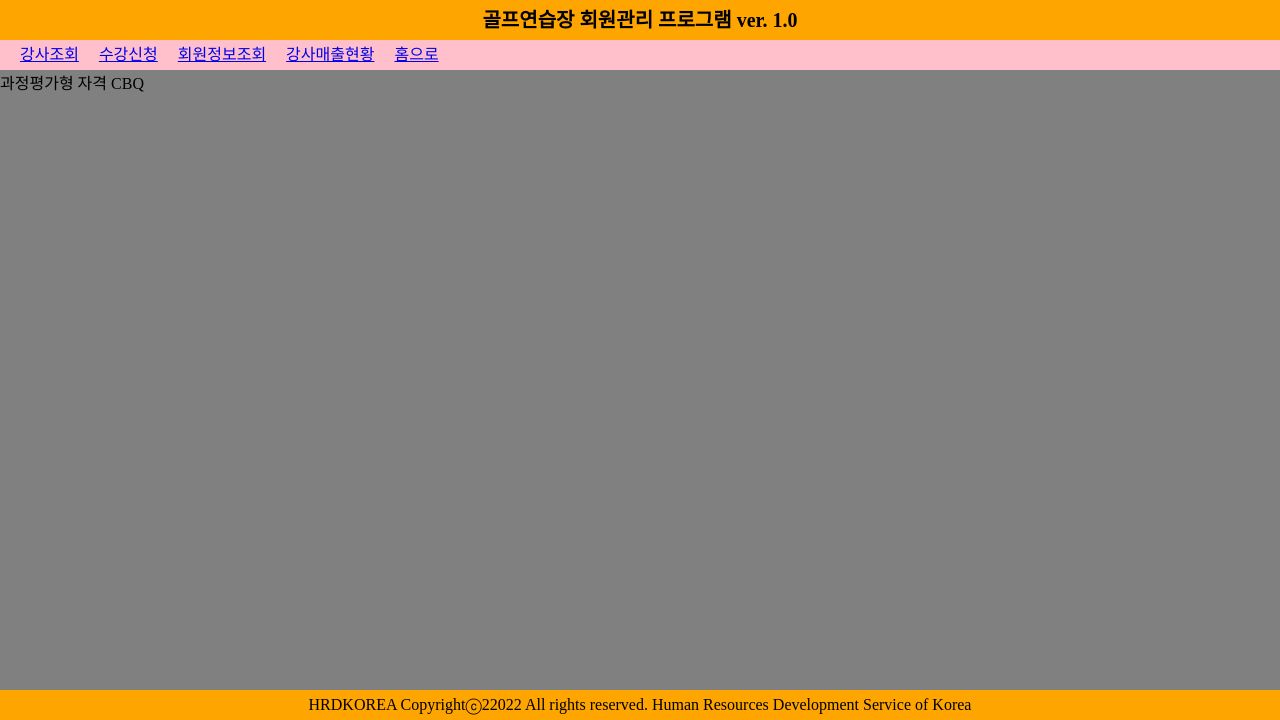
Repository: leesuyeon116/HRD_3
Page: http://localhost/HRD_0505/
An editor plug-in stored every save of this project. The page is shown before and after the next save, followed by the edit.
The browser window is 1280 px wide. The pictures show the whole page.
The page is served by Tomcat 9.

Above is the page before, as saved 2024-05-05 08:31:11.

### workspace/HRD_0505/src/main/webapp/index.jsp
<%@ page language="java" contentType="text/html; charset=UTF-8"
    pageEncoding="UTF-8"%>
<!DOCTYPE html>
<html>
<head>
<meta charset="UTF-8">
<title>index</title>
</head>
<body>
<jsp:include page="header.jsp"></jsp:include>
<section style="position: fixed; top: 70px; left: 0px; width: 100%; height: 100%; background-color: gray">
과정평가형 자격 CBQ
</section>

<jsp:include page="footer.jsp"></jsp:include>
</body>
</html>

### workspace/HRD_0505/src/main/webapp/header.jsp
<%@ page language="java" contentType="text/html; charset=UTF-8"
    pageEncoding="UTF-8"%>
<!DOCTYPE html>
<html>
<head>
<meta charset="UTF-8">
<title>header</title>
</head>
<body>
<header style="position: fixed; top: 0px; left: 0px; width: 100%; height: 40px; line-height: 40px; background-color: orange;
	text-align: center; font-size: 20px">
<b>골프연습장 회원관리 프로그램 ver. 1.0</b>
</header>

<nav style="position: fixed; top: 40px; left: 0px; width: 100%; height: 30px; line-height: 30px; background-color: pink;
	padding-left: 20px">
	<a href=".jsp">강사조회</a> &nbsp; &nbsp;
	<a href=".jsp">수강신청</a> &nbsp; &nbsp;
	<a href="m_list.jsp">회원정보조회</a> &nbsp; &nbsp;
	<a href=".jsp">강사매출현황</a> &nbsp; &nbsp;
	<a href="index.jsp">홈으로</a> &nbsp; &nbsp;
</nav>
</body>
</html>

### workspace/HRD_0505/src/main/webapp/footer.jsp
<%@ page language="java" contentType="text/html; charset=UTF-8"
    pageEncoding="UTF-8"%>
<!DOCTYPE html>
<html>
<head>
<meta charset="UTF-8">
<title>footer</title>
</head>
<body>
<footer style="position: fixed; bottom: 0px; left: 0px; width: 100%; height: 30px; line-height: 30px; background-color: orange;
	text-align: center">
	HRDKOREA Copyrightⓒ22022 All rights reserved. Human Resources Development Service of Korea
</footer>
</body>
</html>

After the next save:
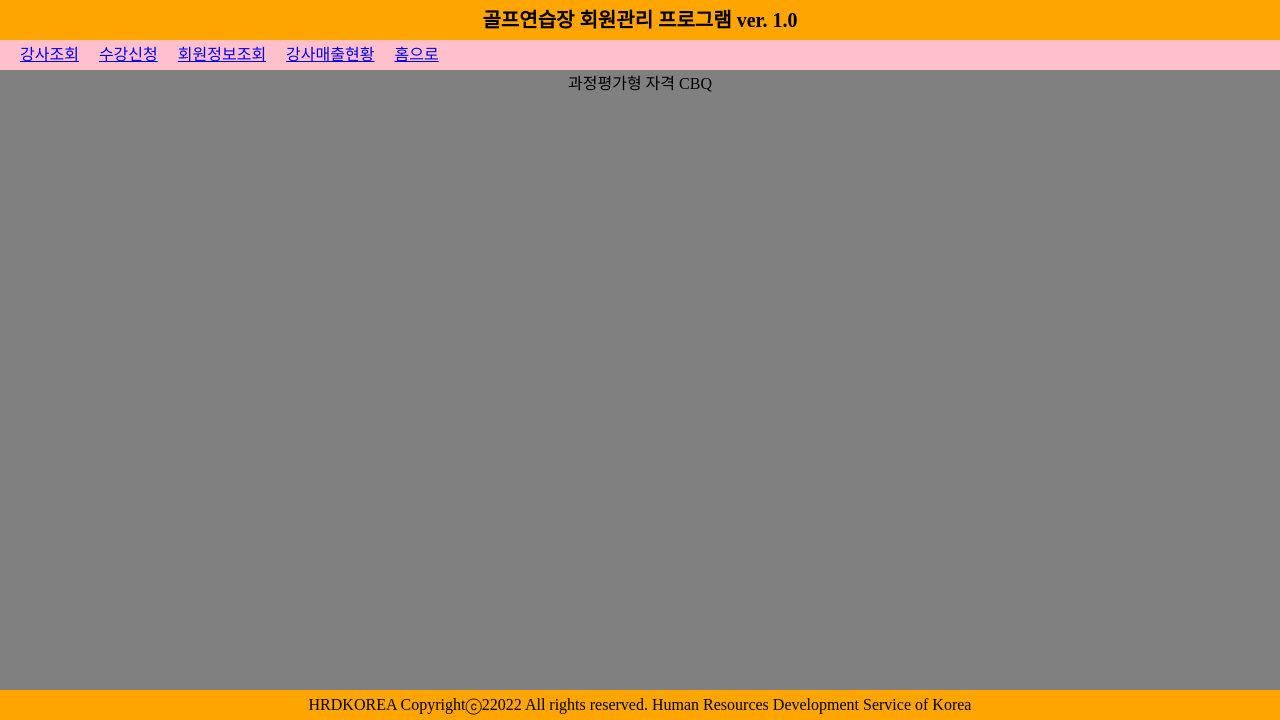
Saved 14 s later.
--- a/workspace/HRD_0505/src/main/webapp/index.jsp
+++ b/workspace/HRD_0505/src/main/webapp/index.jsp
@@ -8,7 +8,7 @@
 </head>
 <body>
 <jsp:include page="header.jsp"></jsp:include>
-<section style="position: fixed; top: 70px; left: 0px; width: 100%; height: 100%; background-color: gray">
+<section style="position: fixed; top: 70px; left: 0px; width: 100%; height: 100%; background-color: gray; text-align: center">
 과정평가형 자격 CBQ
 </section>
 
